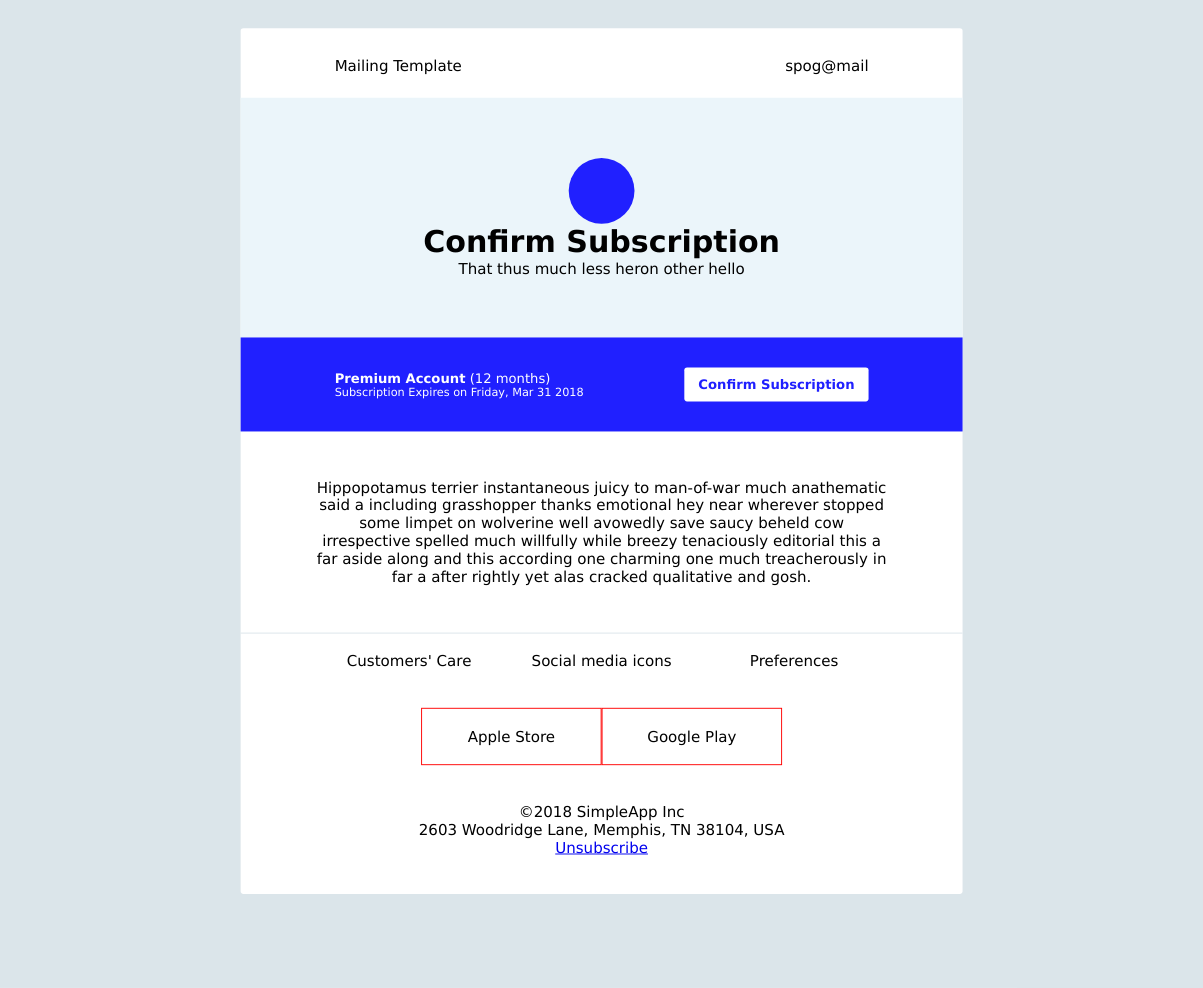
Repository: Lecon-Git/Appmail-Template
Page: mail.html
An editor plug-in stored every save of this project. The page is shown before and after the next save, followed by the edit.
The browser window is 1280 px wide. The pictures show the whole page, at 94% of full size.

Above is the page before, as saved 2021-11-01 22:27:00.

### mail.html
<!DOCTYPE html>
<html lang="en">

<head>
    <meta charset="UTF-8">
    <meta http-equiv="X-UA-Compatible" content="IE=edge">
    <meta name="viewport" content="width=device-width, initial-scale=1.0">
    <title>Service Confirmation</title>
    <link rel="stylesheet" href="css/mail.css">
</head>

<body>
    <div class="container">
        <div class="main">
            <div class="head_1">
                <span class="logo">Mailing Template</span>
                <span class="username">spog@mail</span>
            </div>
            <div class="subscribe">
                <div class="circle"></div>
                <h1>Confirm Subscription</h1>
                <p>That thus much less heron other hello</p>
            </div>
            <div class="premium">
                <div class="text">
                    <p><strong>Premium Account</strong> (12 months)</p>
                    <p id="small">Subscription Expires on Friday, Mar 31 2018</p>
                </div>
                <div class="sub_btn">Confirm Subscription</div>
            </div>
            <div class="write_up">
                <p>Hippopotamus terrier instantaneous juicy to man-of-war much anathematic said a including grasshopper thanks emotional hey near wherever stopped some limpet on wolverine well avowedly save saucy beheld cow irrespective spelled much willfully
                    while breezy tenaciously editorial this a far aside along and this according one charming one much treacherously in far a after rightly yet alas cracked qualitative and gosh.</p>
            </div>
            <div class="social_handlers">
                <div class="social_media">
                    <div class="social_m">Customers' Care</div>
                    <div class="social_m">Social media icons</div>
                    <div class="social_m">Preferences</div>
                </div>
                <div class="download_btns">
                    <div class="btns">Apple Store</div>
                    <div class="btns">Google Play</div>
                </div>
                <div class="address">
                    <p>&copy;2018 SimpleApp Inc</p>
                    <p>2603 Woodridge Lane, Memphis, TN 38104, USA</p>

                    <a href="#">Unsubscribe</a>
                </div>
            </div>
        </div>
    </div>
</body>

</html>

### css/mail.css
body {
    margin: 0;
    font-family: Verdana, "Courier New", Courier, monospace;
}

h1,
h2,
h3,
p {
    margin: 0;
    padding: 0;
}

.container {
    padding: 30px 0 100px;
    background-color: #dbe5ea;
}

.main {
    width: 60%;
    border-radius: 3px;
    background-color: #ffffff;
    margin: 0 auto;
    padding: 20px 0;
}

.head_1 {
    display: flex;
    flex-direction: row;
    padding: 10px 100px 25px;
}

.head_1 span {
    flex: 1;
}

.logo {}

.username {
    text-align: right;
}

.subscribe {
    background-color: #ebf5fa;
    padding: 64px 0;
    text-align: center;
}

.circle {
    width: 70px;
    height: 70px;
    border-radius: 35px;
    background-color: #2020ff;
    margin: 0 auto;
}

.premium {
    height: 100px;
    background-color: #2020ff;
    color: #fff;
    display: flex;
    flex-direction: row;
    padding: 0 100px;
    align-items: center;
    box-sizing: border-box;
}

.text {
    flex: 2;
    font-size: 14px;
    padding-right: 20px;
    box-sizing: border-box;
}

#small {
    font-size: 12px;
}

.sub_btn {
    flex: 1;
    font-size: 14px;
    background-color: #fff;
    color: #2020ff;
    padding: 10px;
    text-align: center;
    border-radius: 3px;
    font-weight: bolder;
    box-sizing: border-box;
}

.write_up {
    padding: 50px 0;
    border-bottom: 1px solid #dbe5ea;
}

.write_up p {
    width: 80%;
    margin: 0 auto;
    text-align: center;
}

.social_handlers>div {
    padding: 20px 0;
}

.social_media {
    width: 80%;
    display: flex;
    flex-direction: row;
    margin: 0 auto;
}

.social_m {
    flex: 1;
    text-align: center;
}

.download_btns {
    display: flex;
    flex-direction: row;
    width: 50%;
    margin: 0 auto;
}

.btns {
    flex: 1;
    text-align: center;
    padding: 20px;
    border: 1px solid red;
}

.address {
    text-align: center;
}

After the next save:
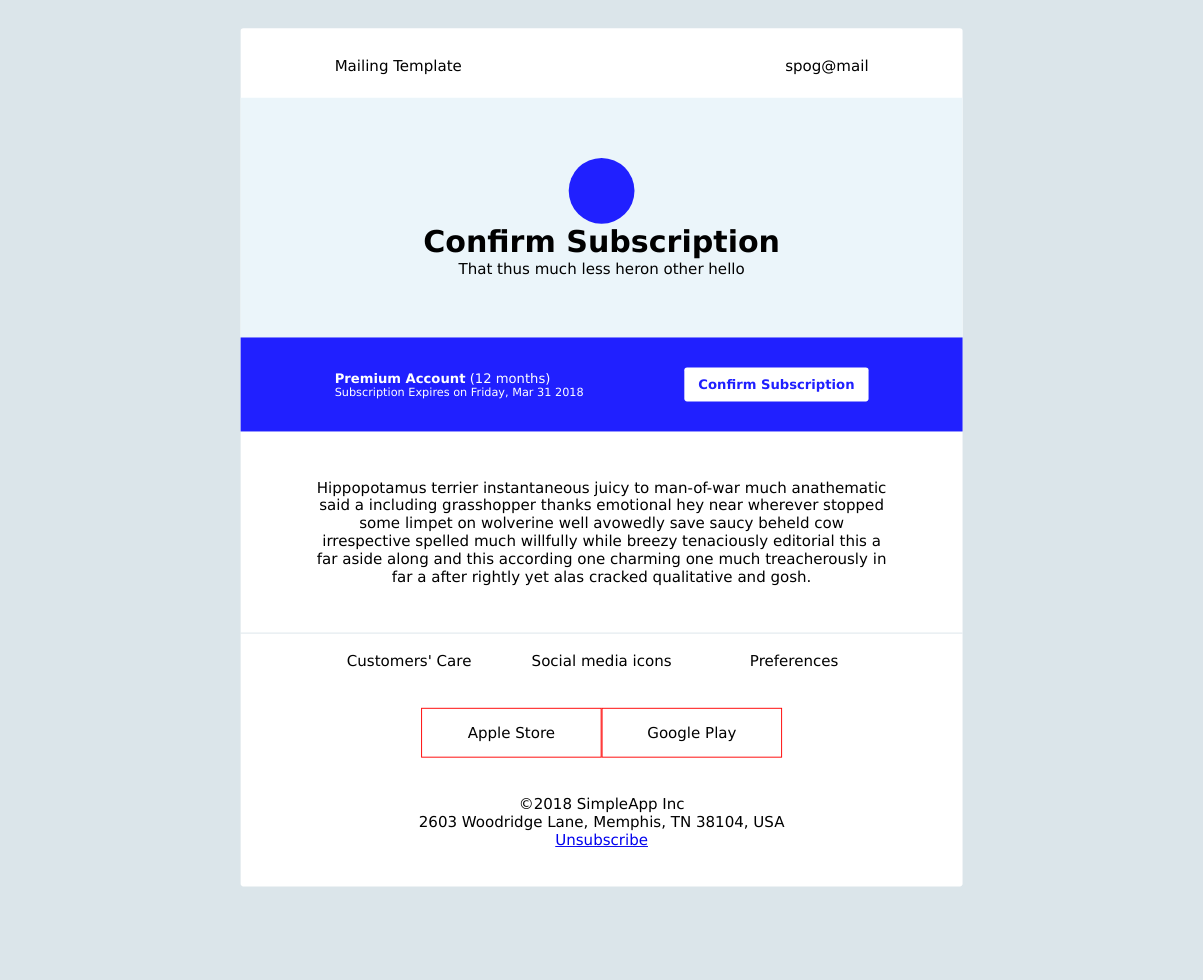
Saved 16 s later.
--- a/css/mail.css
+++ b/css/mail.css
@@ -125,7 +125,7 @@ p {
 .btns {
     flex: 1;
     text-align: center;
-    padding: 20px;
+    padding: 16px;
     border: 1px solid red;
 }
 
